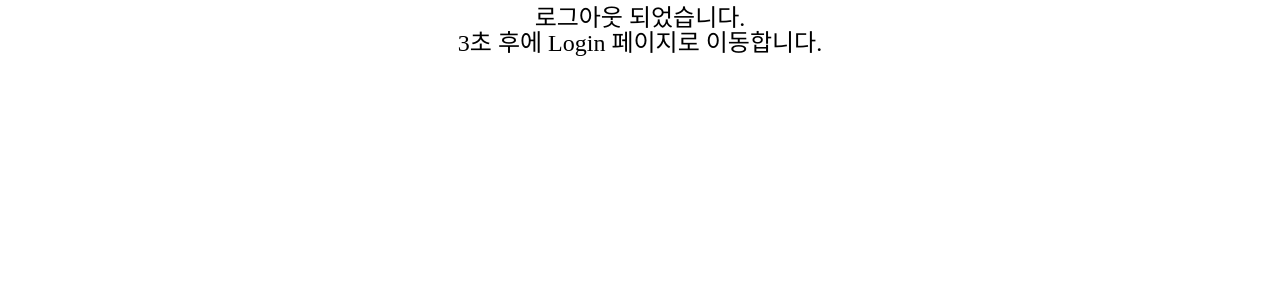
Repository: kr1124/jsp
Page: http://localhost/ServletProject/member/logout.jsp
An editor plug-in stored every save of this project. The page is shown before and after the next save, followed by the edit.
The browser window is 1280 px wide. The pictures show the whole page.
The page is served by Tomcat 9.

Above is the page before, as saved 2024-12-09 07:51:33.

After the next save:
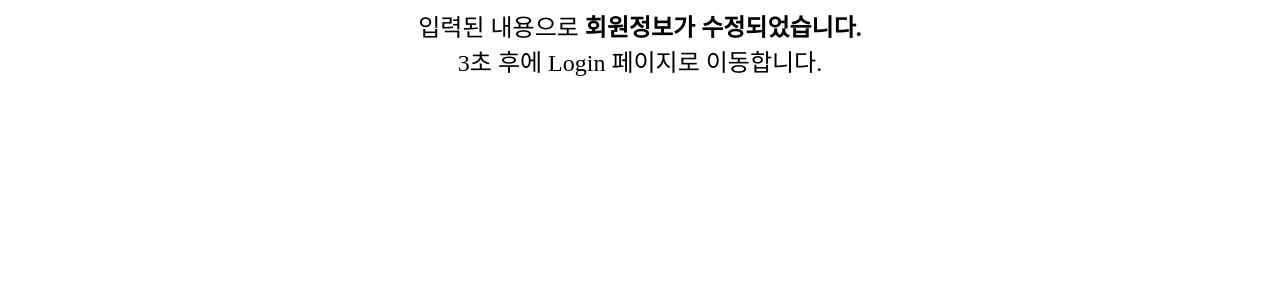
Saved 11 s later.
--- a/ServletProject/src/main/webapp/member/logout.jsp
+++ b/ServletProject/src/main/webapp/member/logout.jsp
@@ -5,14 +5,14 @@
 <!DOCTYPE html>
 <html>
 <head>
-	<meta charset="UTF-8">
-	<title>Logout</title>
-	<link href="style.css" rel="stylesheet" type="text/css" >
+	<meta charset="UTF-8" http-equiv="Refresh" content="3;url=login.jsp"><!-- 이게 3초 -->
+	<title>회원정보 수정 처리</title>
+	<!-- <link rel="stylesheet" href="style.css" type="text/css"> -->
 </head>
 <body>
 	<div align="center">
 		<font size="5" face="궁서체">
-			로그아웃 되었습니다.</b><br>
+			입력된 내용으로 <b>회원정보가 수정되었습니다.</b><br>
 			3초 후에 Login 페이지로 이동합니다.
 		</font>
 	</div>
